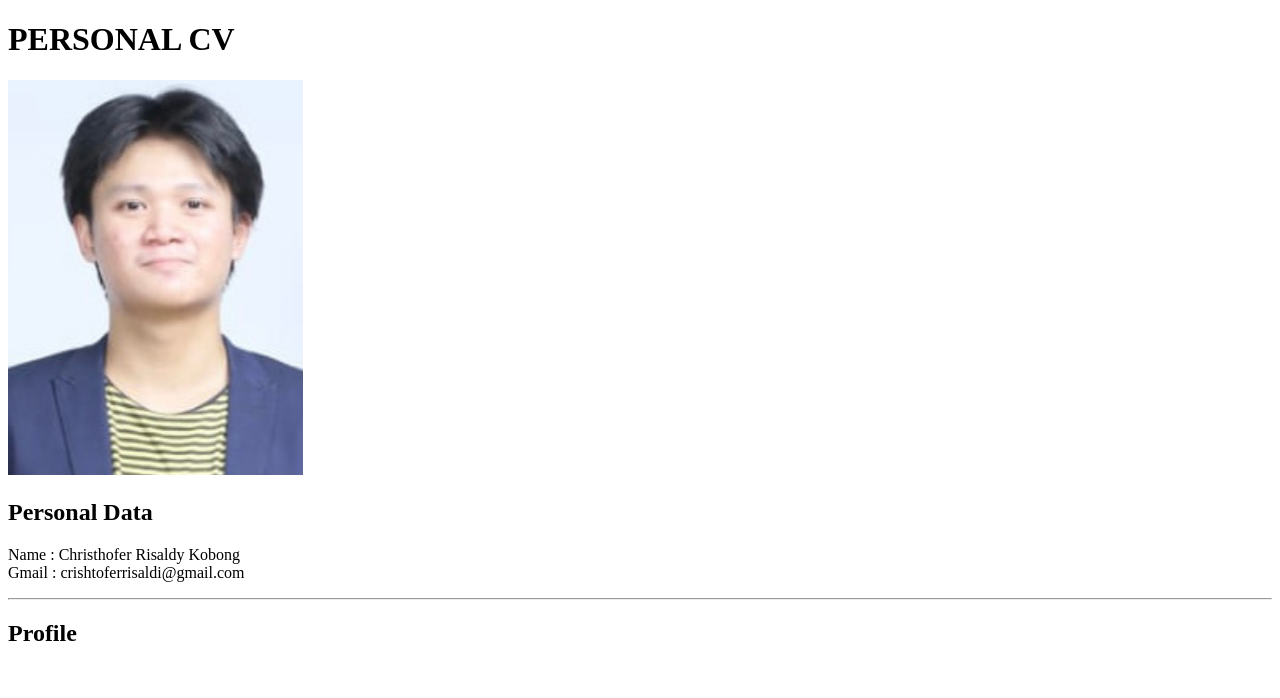
Repository: ChristhoferRisaldy/CVWeb
Page: web.html
These files come from the project's save history. The page is drawn as it stood at one moment and after the next save; the edit follows.
The browser window is 1280 px wide. The pictures show the whole page.

Above is the page before, as saved 2025-02-21 21:02:14.

### web.html
<!DOCTYPE html>
<html>
    <head>
        <meta name="viewport" content="width=device-width, inital-scale=1">
    </head>
    <body>
        <h1>PERSONAL CV</h1>
        <img src="1.png">
        <h2><b>Personal Data</b></h3>
        <p>
            Name : Christhofer Risaldy Kobong<br>
            Gmail : crishtoferrisaldi@gmail.com<br>
        </p>
        <hr>
        <h2>Profile</h2>
</html>

After the next save:
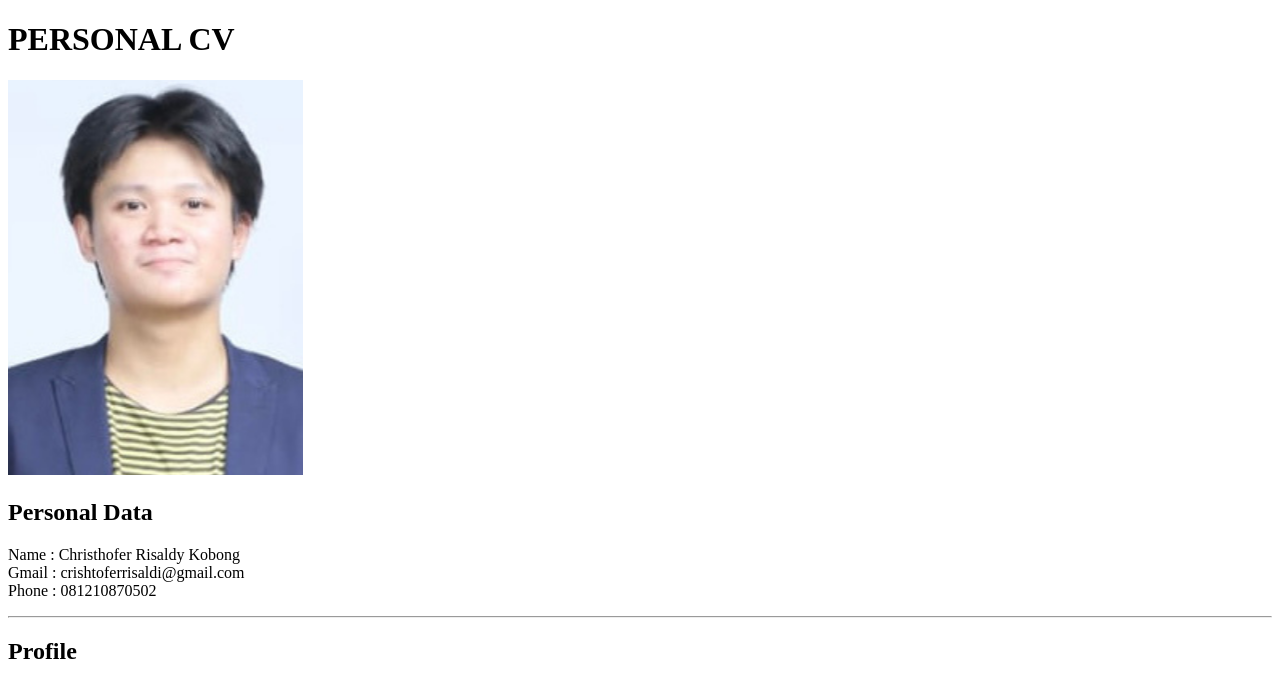
Saved 104 s later.
--- a/web.html
+++ b/web.html
@@ -10,6 +10,7 @@
         <p>
             Name : Christhofer Risaldy Kobong<br>
             Gmail : crishtoferrisaldi@gmail.com<br>
+            Phone : 081210870502
         </p>
         <hr>
         <h2>Profile</h2>
